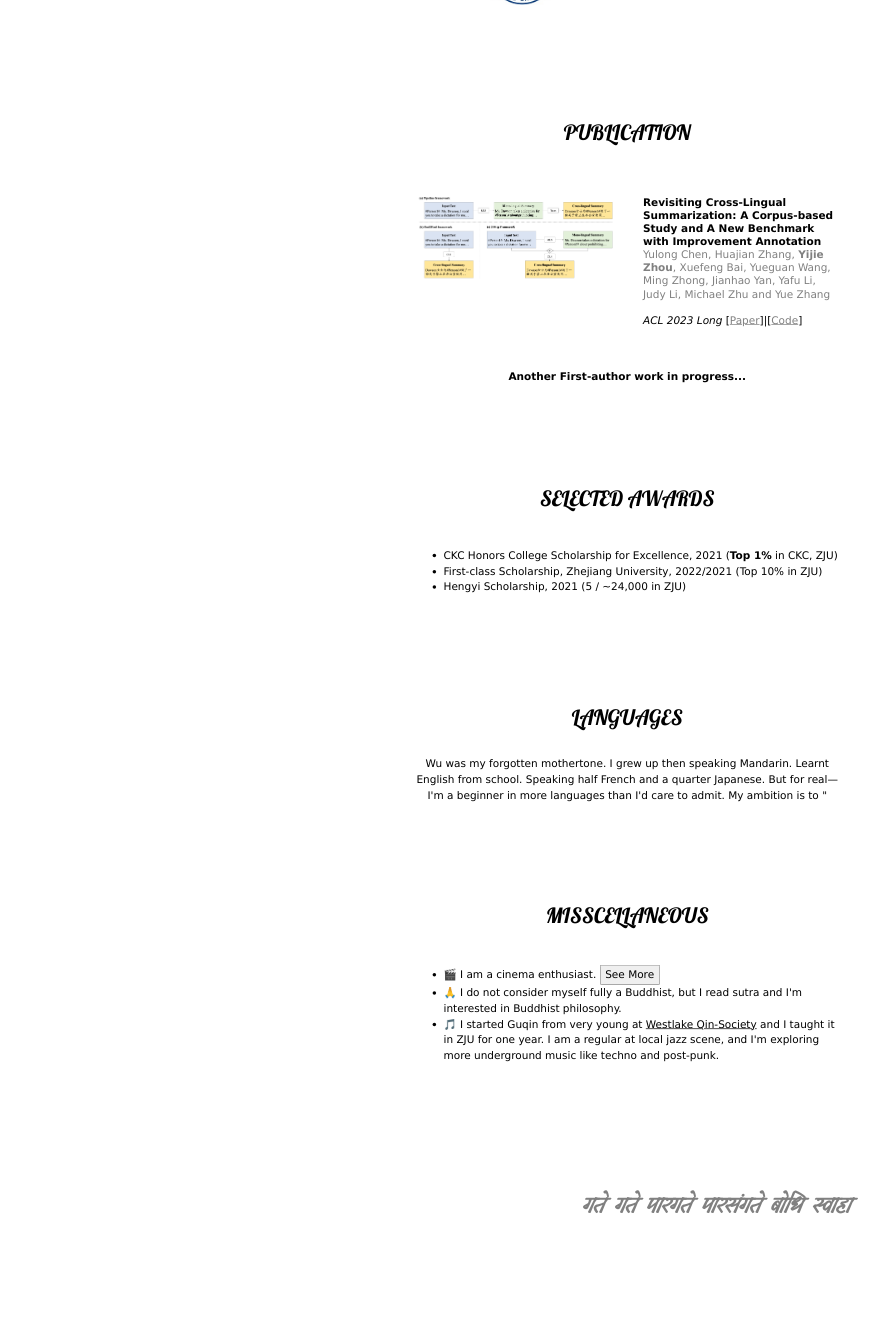
Repository: Ej-zhou/ej-zhou.github.io
Page: index.html
These files come from the project's save history. The page is drawn as it stood at one moment and after a run of saves; the edit follows.
The browser window is 1280 px wide. The pictures show the part of the page from y = 2713 to 4633 px (the page is 4611 px tall before and 4633 px after), at 70% of full size.
Some web fonts or font styles are not loaded; a fallback is used.

Above is the page before, as saved 2023-08-26 16:29:58.

### index.html
<!DOCTYPE html>
<html>
 <head>
  <script async="" src="https://www.googletagmanager.com/gtag/js?id=G-2YDZTJCJC2">
  </script>
  <script>
   window.dataLayer = window.dataLayer || [];
  function gtag(){dataLayer.push(arguments);}
  gtag('js', new Date());

  gtag('config', 'G-2YDZTJCJC2');
  </script>
  <title>
   Zhou, Ej
  </title>
  <meta charset="utf-8"/>
  <meta content="width=device-width, initial-scale=1" name="viewport"/>
  <link href="https://www.w3schools.com/w3css/4/w3.css" rel="stylesheet"/>
  <link href="https://fonts.googleapis.com/css?family=Lobster" rel="stylesheet"/>
  <link href="https://cdnjs.cloudflare.com/ajax/libs/font-awesome/4.7.0/css/font-awesome.min.css" rel="stylesheet"/>
  <link href="https://fonts.googleapis.com/css2?family=Noto+Sans+SC&amp;display=swap" rel="stylesheet"/>
  <link href="gstyles.css" rel="stylesheet"/>

 </head>
 <body>
  <div class="sidebar">

    <div class="img-container-change">
      <img src="pics/photo.jpeg" alt="Image 1">
  </div>



   <!-- <div class="horizontal-bar-left">
    <img alt="here should be a photo" height="200" src="pics/photo.jpeg" width="200"/>
    <img alt="here should be a photo" height="200" src="pics/buddha.png" width="200"/>
    <img alt="here should be a photo" height="200" src="pics/sh.png" width="200"/>
    <img alt="here should be a photo" height="200" src="pics/scaoe.png" width="200"/>
    <img alt="here should be a photo" height="200" src="pics/photo.jpeg" width="200"/>
    <img alt="here should be a photo" height="200" src="pics/buddha.png" width="200"/>
    <img alt="here should be a photo" height="200" src="pics/sh.png" width="200"/>
    <img alt="here should be a photo" height="200" src="pics/scaoe.png" width="200"/>
   </div>
   <div class="horizontal-bar-right">
    <img alt="here should be a photo" height="200" src="pics/yellow.png" width="200"/>
    <img alt="here should be a photo" height="200" src="pics/red.png" width="200"/>
    <img alt="here should be a photo" height="200" src="pics/voila.png" width="200"/>
    <img alt="here should be a photo" height="200" src="pics/girl.png" width="200"/>
    <img alt="here should be a photo" height="200" src="pics/yellow.png" width="200"/>
    <img alt="here should be a photo" height="200" src="pics/red.png" width="200"/>
    <img alt="here should be a photo" height="200" src="pics/voila.png" width="200"/>
    <img alt="here should be a photo" height="200" src="pics/girl.png" width="200"/>
   </div>
   <div class="horizontal-bar-left">
    <img alt="here should be a photo" height="200" src="pics/yaddha.png" width="200"/>
    <img alt="here should be a photo" height="200" src="pics/bureal.png" width="200"/>
    <img alt="here should be a photo" height="200" src="pics/gang.png" width="200"/>
    <img alt="here should be a photo" height="200" src="pics/scaoe.png" width="200"/>
    <img alt="here should be a photo" height="200" src="pics/yaddha.png" width="200"/>
    <img alt="here should be a photo" height="200" src="pics/bureal.png" width="200"/>
    <img alt="here should be a photo" height="200" src="pics/gang.png" width="200"/>
    <img alt="here should be a photo" height="200" src="pics/scaoe.png" width="200"/>

   </div>
   <div class="horizontal-bar-right">
    <img alt="here should be a photo" height="200" src="pics/sh.png" width="200"/>
    <img alt="here should be a photo" height="200" src="pics/scaoe.png" width="200"/>
    <img alt="here should be a photo" height="200" src="pics/photo.jpeg" width="200"/>
    <img alt="here should be a photo" height="200" src="pics/buddha.png" width="200"/>
    <img alt="here should be a photo" height="200" src="pics/sh.png" width="200"/>
    <img alt="here should be a photo" height="200" src="pics/scaoe.png" width="200"/>
    <img alt="here should be a photo" height="200" src="pics/photo.jpeg" width="200"/>
    <img alt="here should be a photo" height="200" src="pics/buddha.png" width="200"/>
   </div>
   <div class="horizontal-bar-left">
    <img alt="here should be a photo" height="200" src="pics/photo.jpeg" width="200"/>
    <img alt="here should be a photo" height="200" src="pics/buddha.png" width="200"/>
    <img alt="here should be a photo" height="200" src="pics/sh.png" width="200"/>
    <img alt="here should be a photo" height="200" src="pics/scaoe.png" width="200"/>
    <img alt="here should be a photo" height="200" src="pics/photo.jpeg" width="200"/>
    <img alt="here should be a photo" height="200" src="pics/buddha.png" width="200"/>
    <img alt="here should be a photo" height="200" src="pics/sh.png" width="200"/>
    <img alt="here should be a photo" height="200" src="pics/scaoe.png" width="200"/> -->
   </div>
  </div>
  <div class="w3-main w3-padding-large" style="margin-left:42%; margin-right: 2%;">
   <span class="w3-button w3-top w3-white w3-xxlarge w3-text-grey w3-hover-text-black" onclick="openNav()" style="width:auto;right:0;">
    <i class="fa fa-bars">
    </i>
   </span>
   <header class="w3-container w3-center" id="home" style="padding:128px 16px">
    <h1 class="w3-jumbo">
     <b>
      <span class="chinese">
       周逸杰
      </span>
     </b>
    </h1>
    <h1 class="w3-jumbo">
     <b>
      ZHOU, EJ
     </b>
     <span class="question-mark">
      ?
     </span>
     <span class="tooltip">
      My given name is
      <i>
       Yijie
      </i>
      , and my family name
      <i>
       Zhou
      </i>
      .
      <br/>
      <i>
       Ej
      </i>
      is my preferred name, and our family name comes first.
     </span>
    </h1>
    <p>
     <!-- Where shall I begin... -->
     <div class="row justify-content-center">
      <!-- Email -->
      <span onclick="window.open('mailto:e.j.zhou@zju.edu.cn')" style="cursor: pointer">
        <i class="fa fa-envelope-o" style="font-size:24px;color:grey"></i>
      </span>
      <span style="padding-left: 10px"></span>

      <!-- Twitter -->
      <!-- <span onclick="window.open('https://twitter.com/ej_2876')" style="cursor: pointer">
        <i class="fa fa-twitter" style="font-size:24px;color:grey"></i>
      </span>
      <span style="padding-left: 20px"></span> -->

      <!-- GitHub -->
      <span onclick="window.open('https://github.com/cyber-e-j')" style="cursor: pointer">
        <i class="fa fa-github" style="font-size:24px;color:grey"></i>
      </span>
      <span style="padding-left: 10px"></span>

      <!-- LinkedIn -->
      <span onclick="window.open('https://www.linkedin.com/in/ej-zhou-1600a7264/')" style="cursor: pointer">
        <i class="fa fa-linkedin" style="font-size:24px;color:grey"></i>
      </span>
      <span style="padding-left: 10px"></span>

      <span onclick="window.open('https://scholar.google.com/citations?authuser=1&amp;user=e8yGb7IAAAAJ')" style="cursor: pointer">
        <i class ="fa fa-graduation-cap" style="font-size:24px;color:grey"></i>
      </span>
      <span style="padding-left: 10px"></span>


      <!-- CV -->
      <span onclick="window.open('./CV.pdf')" style="cursor: pointer">
        <i class ="fa fa-file-text-o" style="font-size:24px;color:grey"></i>
      </span>

    </p>
    <div class="w3-content w3-justify w3-text-grey w3-padding-32" id="about">
     <h2>
      About
     </h2>
     <p>
      Hello! I am a senior undergraduate student at Zhejiang University majoring in Computer Science, and also an honored member of the <a href="http://ckc.zju.edu.cn/ckcen/">Chu Kochen Honors College</a>. During my undergraduate studies, I am very much grateful to be advised by <a href="https://frcchang.github.io">Prof. Yue Zhang</a> during my research intern at Westlake University, and I spent one semester as an exchange student in Cornell University, where I worked as a research assistant in <a href="https://twitter.com/CommCollabTech">CommCollabTech</a>.

      Currently I am doing a research internship in Yale University under the supervision of <a href="https://armancohan.com">Prof. Arman Cohan</a>.

      <br/><br/>
      I am broadly interested in artificial intelligence, linguistics and naturally natural language processing. My previous research experience includes cross-lingual summarization, multi-document summarization, and analysis of LLMs. I am open to explore everything related to AI especially in this time of LLMs. As a pseudo-polyglot, my off time is often spent on learning languages.

      <br/><br/>

      I will be studying in Oxford for my senior year. I am looking forward to meeting new friends and exploring new research opportunities there.
      <br/><br/>

     </p>

     <h3 class="w3-padding-16">
      <br/>
      <br/>
      <br/>
      <br/>
      <h1 class="w3-jumbo">
       <b>
        <div class="chinese-container">
          <span class="chinese">
              须菩提！于意云何？
          </span>
      </div>

      <div class="chinese-container">
        <span class="chinese">
          可以身相见如来不？
        </span>
    </div>
       </b>
      </h1>
      <p>
      </p>
     </h3>
    </div>
    <div class="w3-container w3-padding-64 w3-center">
     <h2>
      EDUCATION
     </h2>
     <table align="center" border="0" cellpadding="20" class="university-table">
      <tbody>
       <tr class="university-row">
        <td>
         <img class="university-logo" src="logo/6d8d432f-56ac-47eb-b22d-a23b103aed01.png"/>
        </td>
        <td>
         <b>
          Zhejiang University
         </b>
         <br/>
         2020 - 2024, Hangzhou, China
         <br/>
         <br/>
         <i>
          B.Eng.(Honours) in Computer Science
         </i>
         <br/>
         Grade: 3.99 / 4
        </td>
       </tr>
       <tr class="university-row">
        <td>
         <img alt="Cornell University Seal" class="university-logo" src="logo/cornell_seal_simple_web/cornell_seal_simple_web_b31b1b.svg">
         </img>
        </td>
        <td>
         <b>
          Cornell University
         </b>
         <br/>
         Jan 2023 - Jun 2023, Ithaca, NY, U.S.A
         <br/>
         <br/>
         <i>
          Exchange Student
         </i>
         <br/>
         Grade: 4.082 / 4.3
         <br/>
        </td>
       </tr>
      </tbody>
     </table>
    </div>

    <div class="w3-container w3-padding-64 w3-center">
      <h2>
       EXPERIENCE
      </h2>
      <table align="center" border="0" cellpadding="20" class="university-table">
       <tbody>
        <tr class="university-row">
         <td>
          <img class="university-logo" src="logo/yale-icons/touch-icon-228.png"/>
         </td>
         <td>
          <b>
           Yale University
          </b>
          <br/>
          Apr 2023 - Oct 2023, New Haven, CT, U.S.A
          <br/>
          <br/>
          <i>
           Research Intern
          </i>
          <br/>
          Yale NLP
         </td>
        </tr>
        <tr class="university-row">
         <td>
          <img alt="Cornell University Seal" class="university-logo" src="logo/cornell_seal_simple_web/cornell_seal_simple_web_b31b1b.svg">
          </img>
         </td>
         <td>
          <b>
           Cornell University
          </b>
          <br/>

          Jan 2023 - Jun 2023, Ithaca, NY, U.S.A
          <br/>
          <br/>
          <i>
           Research Assistant,
          </i>
          <a href="https://twitter.com/CommCollabTech">CommCollabTech Lab</a>
          <br/>

          <i>
            Member,
          </i>
          <a href="https://cornell.campusgroups.com/lep/home/">Cornell Language Expansion Program</a>
         </td>
        </tr>
        <tr class="university-row">
         <td>
          <img class="university-logo" src="https://en.westlake.edu.cn/about/Resources/202101/W020210111665247201170.png"/>
         </td>
         <td>
          <b>
           Westlake University
          </b>
          <br/>
          Sept 2022 - Jan 2023, Hangzhou, China
          <br/>
          <br/>
          <i>
           Research Intern
          </i>
          <br/>
          Westlake NLP
         </td>
        </tr>
        <tr class="university-row">
          <td>
           <img class="university-logo" src="logo/6d8d432f-56ac-47eb-b22d-a23b103aed01.png"/>
          </td>
          <td>
           <b>
            Zhejiang University
           </b>
           <br/>
           2020 - 2024, Hangzhou, China
           <br/>
           <br/>
           <br/>
          </td>
         </tr>
       </tbody>
      </table>
     </div>
    <div class="w3-container w3-padding-64 w3-center">
     <h2>
      PUBLICATION
     </h2>
     <br/>
     <table width="100%">
      <!--TIVEE-->

      <!-- Empty row for spacing -->
      <tr>
        <td height="30"></td>
      </tr>
      <tr>
        <td width="30%" valign="top" style="text-align: left; padding-right: 20px;">
          <img src="./pics/pipeline.png" width="280" alt="LGM" style="border-style: none; vertical-align: top;">
        </td>
        <td width="70%" valign="top" style="text-align: left; padding-left: 20px;">
          <p style="margin-top: 0px; margin-bottom: 3px; line-height: 1.25;">
            <b>Revisiting Cross-Lingual Summarization: A Corpus-based Study and A New Benchmark with Improvement Annotation</b>
            <br>
            <a style="color:gray">
            Yulong Chen, Huajian Zhang, <b>Yijie Zhou</b>, Xuefeng Bai, Yueguan Wang, Ming Zhong, Jianhao Yan, Yafu Li, Judy Li, Michael Zhu and Yue Zhang<br></a>
            <br/>
            <i>ACL 2023 Long </i>
            [<a href="https://arxiv.org/abs/2307.04018" style="color: gray;">Paper</a>]|[<a href="https://github.com/cylnlp/ConvSumX" style="color: gray;">Code</a>]&nbsp;
          </p>
        </td>
      </tr>
      <tr>
        <td height="50"></td>
      </tr>

    <!-- <tbody style="margin-top: 100px;"> -->
      <tr>
        <td colspan="2" style="text-align: center;">
          <b>Another First-author work in progress...</b>
        </td>
      </tr>
    <!-- </tbody> -->

    </table>



    </div>


<!--

    <div class="w3-container w3-padding-64 w3-center">
     <h2>
      SELECTED COURSE-WORKS
     </h2>
     <p>
      Parallel Computing and Neural Networks
     </p>
     <p>
      Jul 2021 - Aug 2021
     </p>
     <p>
      Coursework for Integrate Practice for Courses I: Supercomputing; score 97/100
     </p>
     <p>
      Enhanced GEMM performance by over 100x using OpenMP and MPI on a computing cluster.
     </p>
     <p>
      Developed a CNN from scratch using PyTorch for handwriting recognition and object recognition.
     </p>
     <p>
      Mini-SQL GitHub
     </p>
     <p>
      May 2022 - Jun 2022
     </p>
     <p>
      Coursework for Database System; score 98/100
     </p>
     <p>
      Developed a compact single-user SQL engine (DBMS) supporting fundamental database operations and implemented an index-manager for record handling using a custom-designed B+-tree data structure.
     </p>
     <p>
      Socket and Web-server
     </p>
     <p>
      Oct 2022 - Dec 2022
     </p>
     <p>
      Coursework for Computer Network; score 96/100
     </p>
     <p>
      Developed a custom TCP-based communication protocol.
     </p>
     <p>
      Constructed a lightweight web server capable of parsing HTTP protocol and accepting browser access without relying on any pre-built libraries.
     </p>
    </div>

    <div class="w3-container w3-padding-64 w3-center">
     <h2>
      LANGUAGES
     </h2>
     <p>
      Mandarin: Native mastery
     </p>
     <p>
      Wu-Chinese: Native in oral speech
     </p>
     <p>
      English: Proficient, TOEFL 110/120
     </p>
     <p>
      French: Fluent, TFU 84/100
     </p>
     <p>
      <span class="japanese">
       日本語: Intermediate reading-comprehension, basic conversation
      </span>
     </p>
     <p>
      Beginner level in Cantonese and Spanish
     </p>
    </div>

  -->


    <div class="w3-container w3-padding-64 w3-center">

        <h2>SELECTED AWARDS</h2>
        <br/>
        <ul style="text-align: left;">
          <li>CKC Honors College Scholarship for Excellence, 2021 (<b>Top 1%</b> in CKC, ZJU)</li>
          <li>First-class Scholarship, Zhejiang University, 2022/2021 (Top 10% in ZJU)</li>
          <li>Hengyi Scholarship, 2021 (5 / ~24,000 in ZJU)</li>
        </ul>
      </div>


    <div class="w3-container w3-padding-64 w3-center">

      <h2>LANGUAGES</h2>
      <br/>

      Wu was my forgotten mothertone. I grew up then speaking Mandarin. Learnt English from school.
      Speaking half French and a quarter Japanese.
      But for real—I'm a beginner in more languages than I'd care to admit. My ambition is to "
      <!-- <ul style="text-align: left;">
        <li>CKC Honors College Scholarship for Excellence, 2021 (<b>Top 1%</b> in CKC, ZJU)</li>
        <li>First-class Scholarship, Zhejiang University, 2022/2021 (Top 10% in ZJU)</li>
        <li>Hengyi Scholarship, 2021 (5 / ~24,000 in ZJU)</li>
      </ul> -->
    </div>


      <div class="w3-container w3-padding-64 w3-center">
        <h2>
         MISSCELLANEOUS
        </h2>
        <br/>

        <ul style="text-align: left;">
          <li>🎬 I am a cinema enthusiast.
            <button id="revealButton">See More</button>
            <div id="hiddenContent" style="display: none;">
              <br/>
              <div style="display: flex;">
                <!-- Image -->
                <img id="hiddenImage" src="pics/IMG_4754.JPG" alt="Description" style="height: 200px; padding-left: 25px;">

                <!-- Description -->
                <div style="padding-left: 20px; padding-right: 80px;">
                  <ul style="min-height: 150px; display: flex; flex-direction: column; justify-content: space-between;">
                    <li style="padding-bottom: 15px;"> This May I was in the <a href="https://www.festival-cannes.com">76E FESTIVAL DE CANNES</a>. Really enjoyed <i style="color: grey;">Il sol dell'avvenire</i>, <i style="color: grey;">The Zone of Interest</i> and <i style="color: grey;">青春</i>.</li>
                    <li style="padding-bottom: 15px;"> I had participated in the production of some student films.</li>
                    <li> The most influential movie to me was <i style="color: grey;">Holy Motors</i> by Leos Carax.</li>
                  </ul>
                </div>
              </div>


              <br/>

            </div>
          </li>




          <li>🙏 I do not consider myself fully a Buddhist, but I read sutra and I'm interested in Buddhist philosophy.

          <li>🎵 I started Guqin from very young at <a href="http://www.xihuqinshe.com" target="_blank">Westlake Qin-Society</a>
            and I taught it in ZJU for one year. I am a regular at local jazz scene, and I'm exploring more underground music like techno and post-punk.
        </ul>
       </div>


    <br/>
    <br/>
    <br/>
    <br/>
    <b>
     <span class="sanskrit">
      गते गते पारगते पारसंगते बोधि स्वाहा
      <br/>
     </span>
    </b>
    <!-- <footer class="w3-container w3-padding-64 w3-light-grey w3-center w3-opacity w3-xlarge" style="padding: 100px; background-color: lightgrey;">
     <a href="https://twitter.com/ej_2876" target="_blank">
      <i class="fa fa-twitter w3-hover-opacity">
      </i>
     </a>
     <a href="https://github.com/cyber-e-j" target="_blank">
      <i class="fa fa-github w3-hover-opacity">
      </i>
     </a>
     <a href="https://www.linkedin.com/in/ej-zhou-1600a7264/" target="_blank">
      <i class="fa fa-linkedin w3-hover-opacity">
      </i>
     </a>
     <a href="https://scholar.google.com/citations?authuser=1&amp;user=e8yGb7IAAAAJ" target="_blank">
      <img alt="google-scholar" class="w3-hover-opacity" height="24" src="https://img.icons8.com/material-two-tone/384/google-scholar.png" width="24"/>
     </a>
     <p class="w3-small" style="margin: 0;">
     </p>
    </footer> -->
   </header>
  </div>
 </body>
</html>
<script>
 const questionMark = document.querySelector('.question-mark');
    const tooltip = document.querySelector('.tooltip');

    questionMark.addEventListener('mouseover', () => {
      tooltip.style.display = 'inline-block';
    });

    questionMark.addEventListener('mouseout', () => {
      tooltip.style.display = 'none';
    });

    // Optional: If you want to hide the tooltip when the mouse moves away from it, add the following code
    tooltip.addEventListener('mouseout', () => {
      tooltip.style.display = 'none';
    });

    document.getElementById("revealButton").addEventListener("click", function() {
    const hiddenContent = document.getElementById("hiddenContent");
    const button = document.getElementById("revealButton");

    if (hiddenContent.style.display === "none") {
      hiddenContent.style.display = "block";
      button.innerHTML = "Hide";
    } else {
      hiddenContent.style.display = "none";
      button.innerHTML = "See More";
    }
  });


    const imgContainer = document.querySelector(".img-container-change");
        const images = ["pics/photo.jpeg","pics/dark.png", "pics/syn.png" , "pics/stone.png","pics/night.png", "pics/girl.png", "pics/voila.png",
            "pics/red.png", "pics/yellow.png", "pics/buddha.png", "pics/sh.png", "pics/scaoe.png", "pics/yaddha.png", "pics/bureal.png", "pics/gang.png"

      ]; // Add more image URLs as needed
        let currentIndex = 0;

        function changeImage() {
            currentIndex = (currentIndex + 1) % images.length;
            imgContainer.querySelector("img").src = images[currentIndex];
            // imgContainer.querySelector("img").style.transform = "scale(1.2)"; // Optional animation effect
            // setTimeout(() => {
            //     imgContainer.querySelector("img").style.transform = "scale(1)";
            // }, 500); // Animation duration (in milliseconds)
        }

        setInterval(changeImage, 3000); // Change image every 3 seconds (adjust as needed)
</script>

Loaded but not shown: gstyles.css (221 lines, source omitted)

After the next 2 saves:
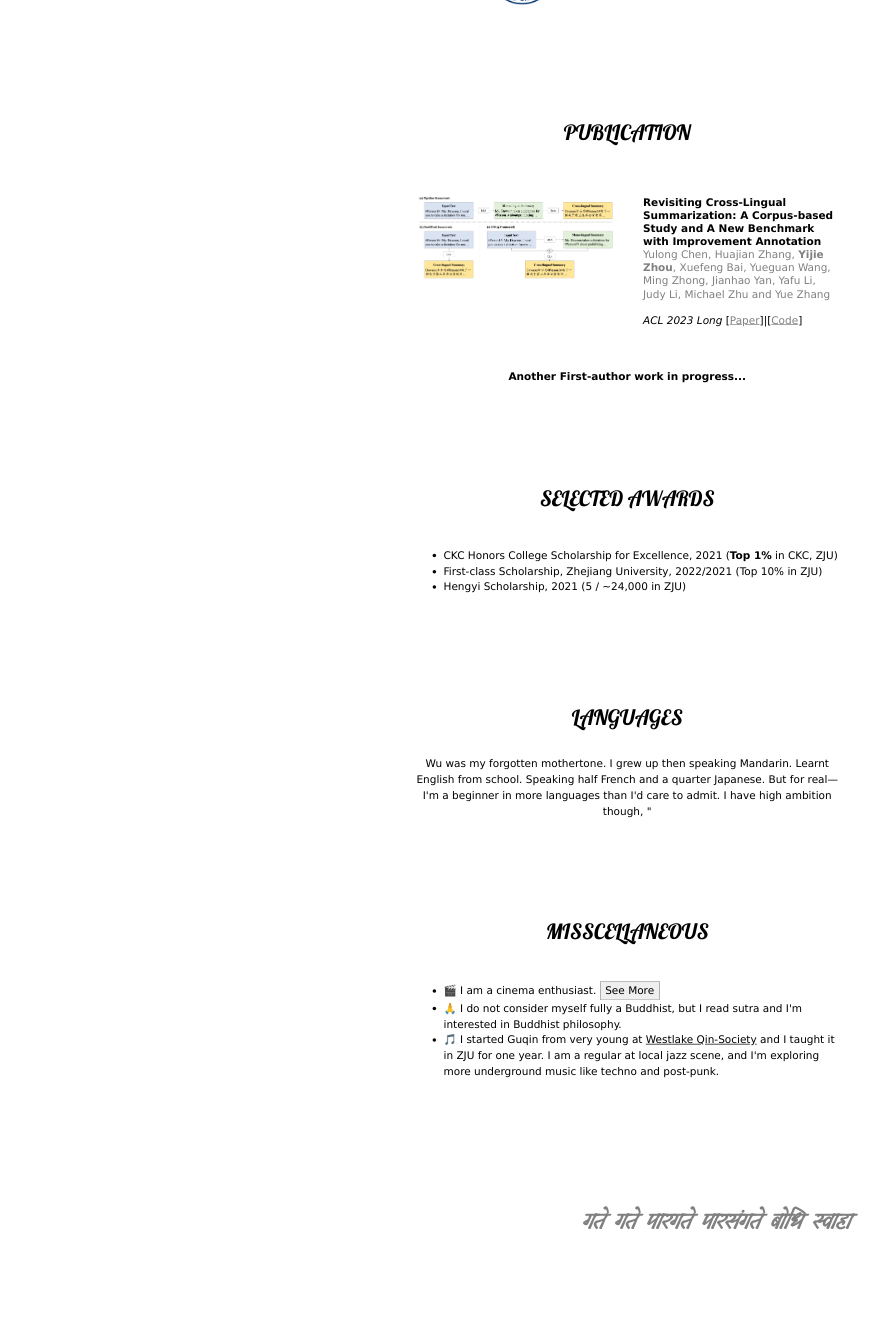
The 2 saves are shown as one change because they came seconds apart.
The last was saved 21 s later.
--- a/index.html
+++ b/index.html
@@ -485,7 +485,7 @@
 
       Wu was my forgotten mothertone. I grew up then speaking Mandarin. Learnt English from school.
       Speaking half French and a quarter Japanese.
-      But for real—I'm a beginner in more languages than I'd care to admit. My ambition is to "
+      But for real—I'm a beginner in more languages than I'd care to admit. I have high ambition though, "
       <!-- <ul style="text-align: left;">
         <li>CKC Honors College Scholarship for Excellence, 2021 (<b>Top 1%</b> in CKC, ZJU)</li>
         <li>First-class Scholarship, Zhejiang University, 2022/2021 (Top 10% in ZJU)</li>
